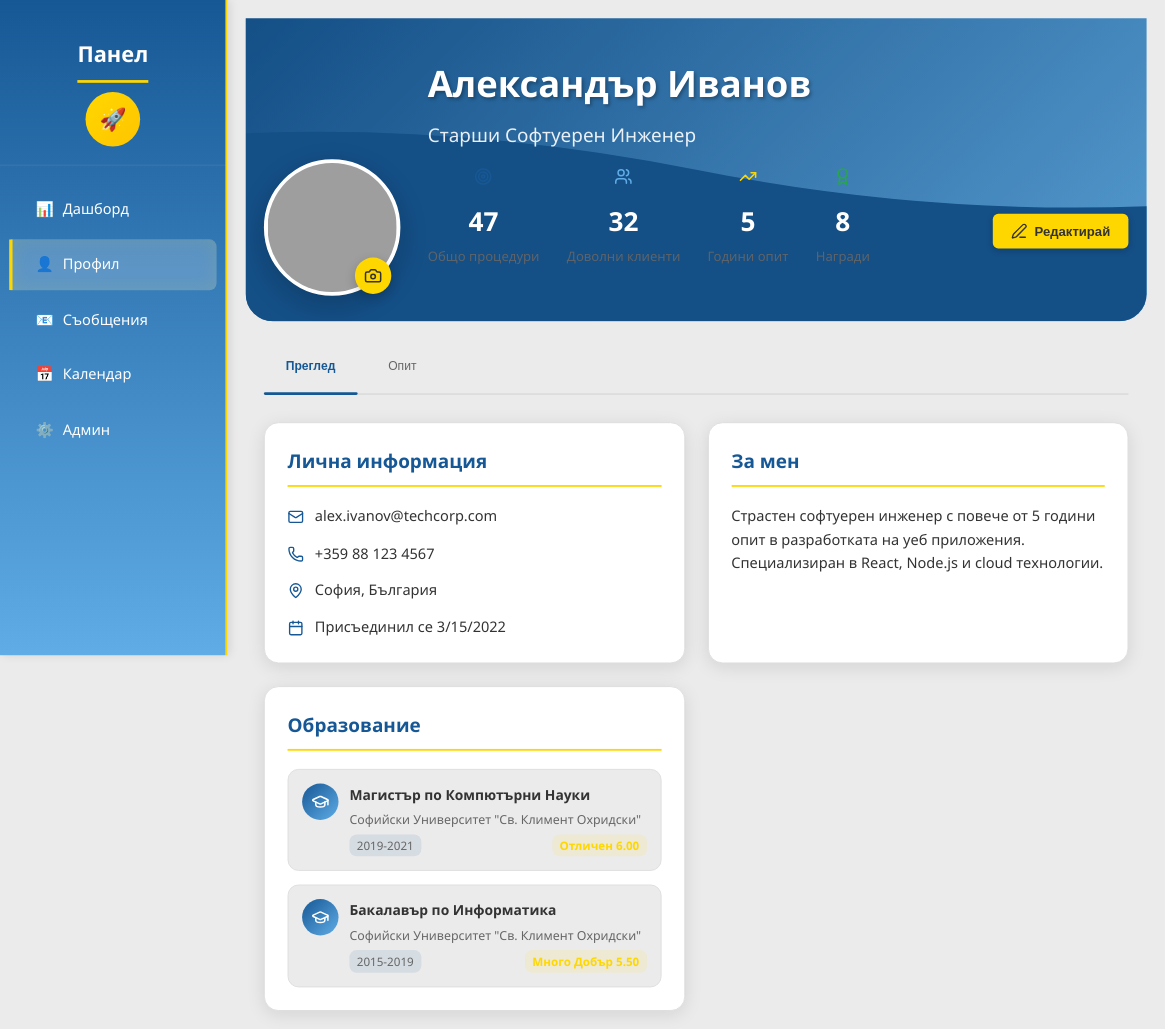
Repository: BorisSavianov/doxa-frontend
Page: /profile
An editor plug-in stored every save of this project. The page is shown before and after the next save, followed by the edit.
The browser window is 1280 px wide. The pictures show the whole page, at 91% of full size.
Pictures or frames that could not be fetched are drawn as grey boxes. The project was rebuilt for these pictures with package versions that can differ from the ones it lists, and the page was loaded fresh each time. Also part of the build but not shown: vite.config.js, src/components/Layout/Header.jsx, src/components/Charts/SimpleChart.jsx, src/pages/Dashboard.jsx, src/pages/Inbox.css, src/pages/Inbox.jsx, src/pages/Calendar.css, src/pages/Calendar.jsx and 1 more.

Above is the page before, as saved 2025-10-24 13:52:48.

After the next save:
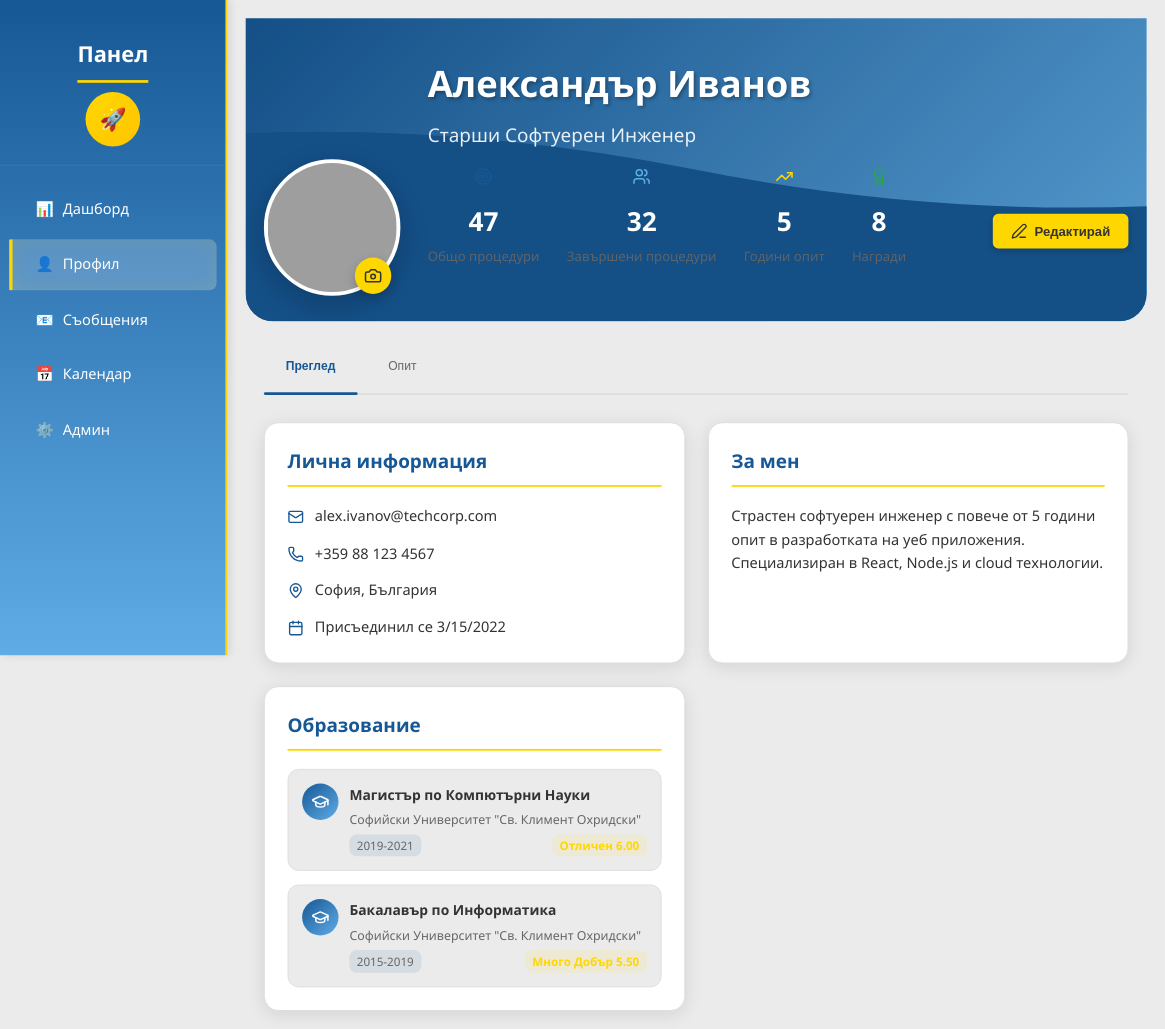
Saved 47 s later.
--- a/src/pages/Profile.jsx
+++ b/src/pages/Profile.jsx
@@ -44,7 +44,7 @@ const Profile = () => {
 
   const [stats, setStats] = useState([
     { label: t('Общо процедури', 'Completed Projects'), value: 47, icon: Target, color: '#165895' },
-    { label: t('Доволни клиенти', 'Happy Clients'), value: 32, icon: Users, color: '#5FACE6' },
+    { label: t('Завършени процедури', 'Happy Clients'), value: 32, icon: Users, color: '#5FACE6' },
     { label: t('Години опит', 'Years Experience'), value: 5, icon: TrendingUp, color: '#FFD700' },
     { label: t('Награди', 'Awards'), value: 8, icon: Award, color: '#28a745' }
   ])
